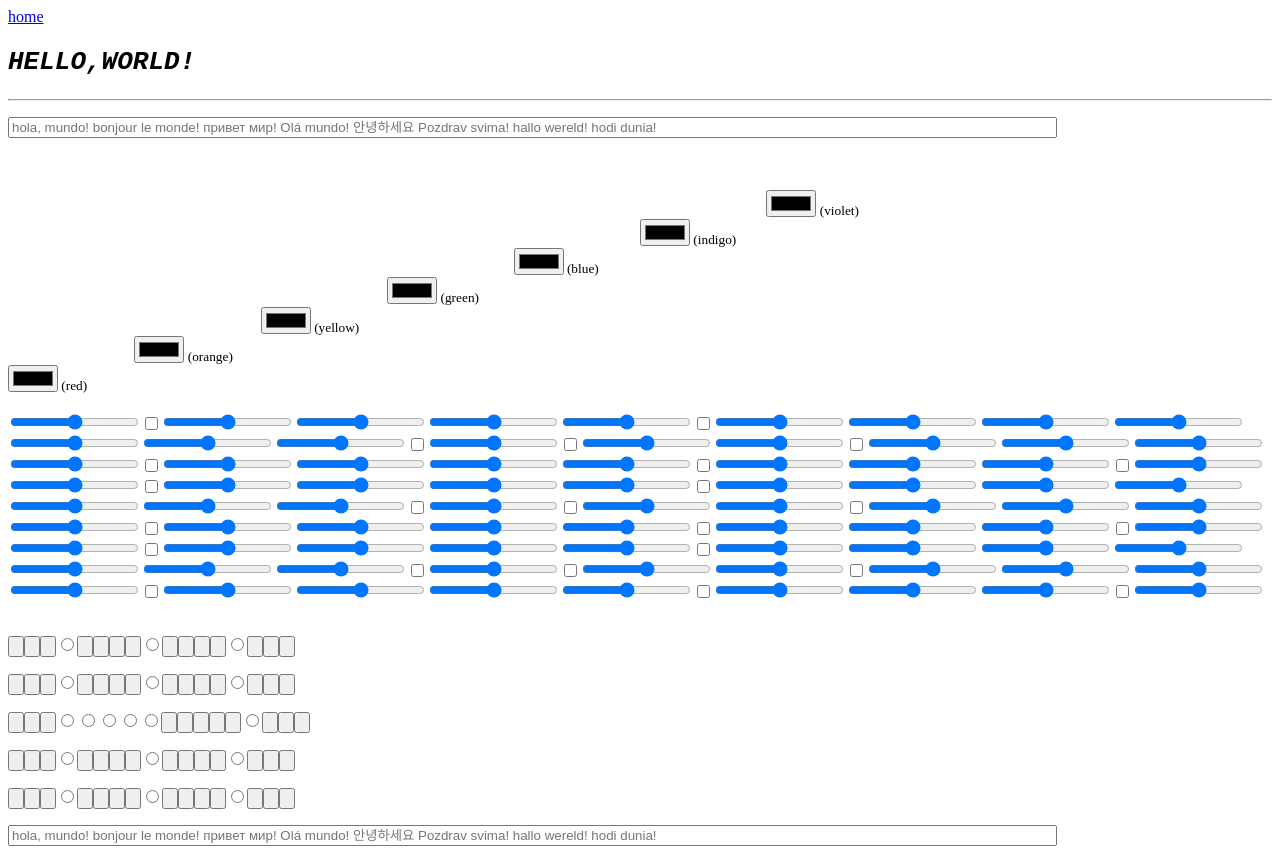
Repository: kklasmei/kklasmei.github.io
Page: proj1/helloworld.html
The author's editor kept a record of every edit. The page is drawn from the files as they stood at one moment, then again after the next edit.
The browser window is 1280 px wide. The pictures show the whole page.

Above is the page before.

### proj1/helloworld.html
<html>
    <head>
        <title>Hello World</title>
        <a href="index.html">home</a>
    </head>
    <body>
        <h1><code><em>HELLO,WORLD!</em></code></h1>
        <hr>
        <p><input type="text" size= 128px placeholder= "hola, mundo! bonjour le monde! привет мир! Olá mundo! 안녕하세요 Pozdrav svima! hallo wereld! hodi dunia!"></p>
        <br>
        <br>
                <div style="margin-left: 60%"><input type="color"><sub> (violet)</sub></div>
                <div style="margin-left: 50%"><input type="color"><sub> (indigo)</sub></div>
                <div style="margin-left: 40%"><input type="color"><sub> (blue)</sub></div>
                <div style="margin-left: 30%"><input type="color"><sub> (green)</sub></div>
                <div style="margin-left: 20%"><input type="color"><sub> (yellow)</sub></div>
                <div style="margin-left: 10%"><input type="color"><sub> (orange)</sub></div>
                <div style="margin-left: 0%"><input type="color"><sub> (red)</sub></div>
        <br>
                <div style="inline"><input type="range"><input type="checkbox"><input type="range"><input type="range"><input type="range"><input type="range"><input type="checkbox"><input type="range"><input type="range"><input type="range"><input type="range"><input type="range"><input type="range"><input type="range"><input type="checkbox"><input type="range"><input type="checkbox"><input type="range"><input type="range"><input type="checkbox"><input type="range"><input type="range"><input type="range"><input type="range"><input type="checkbox"><input type="range"><input type="range"><input type="range"><input type="range"><input type="checkbox"><input type="range"><input type="range"><input type="range"><input type="checkbox"><input type="range"><input type="range"><input type="checkbox"><input type="range"><input type="range"><input type="range"><input type="range"><input type="checkbox"><input type="range"><input type="range"><input type="range"><input type="range"><input type="range"><input type="range"><input type="range"><input type="checkbox"><input type="range"><input type="checkbox"><input type="range"><input type="range"><input type="checkbox"><input type="range"><input type="range"><input type="range"><input type="range"><input type="checkbox"><input type="range"><input type="range"><input type="range"><input type="range"><input type="checkbox"><input type="range"><input type="range"><input type="range"><input type="checkbox"><input type="range"><input type="range"><input type="checkbox"><input type="range"><input type="range"><input type="range"><input type="range"><input type="checkbox"><input type="range"><input type="range"><input type="range"><input type="range"><input type="range"><input type="range"><input type="range"><input type="checkbox"><input type="range"><input type="checkbox"><input type="range"><input type="range"><input type="checkbox"><input type="range"><input type="range"><input type="range"><input type="range"><input type="checkbox"><input type="range"><input type="range"><input type="range"><input type="range"><input type="checkbox"><input type="range"><input type="range"><input type="range"><input type="checkbox"><input type="range"></div>
        <br>
        <p style="inline"><input type="button"><input type="button"><input type="button"><input type="radio"><input type="button"><input type="button"><input type="button"><input type="button"><input type="radio"><input type="button"><input type="button"><input type="button"><input type="button"><input type="radio"><input type="button"><input type="button"><input type="button"></p>
        <p style="inline"><input type="button"><input type="button"><input type="button"><input type="radio"><input type="button"><input type="button"><input type="button"><input type="button"><input type="radio"><input type="button"><input type="button"><input type="button"><input type="button"><input type="radio"><input type="button"><input type="button"><input type="button"></p>
        <p style="inline"><input type="button"><input type="button"><input type="button"><input type="radio"><input type="radio"><input type="radio"><input type="radio"><input type="radio"><input type="button"><input type="button"><input type="button"><input type="button"><input type="button"><input type="radio"><input type="button"><input type="button"><input type="button"></p>
        <p style="inline"><input type="button"><input type="button"><input type="button"><input type="radio"><input type="button"><input type="button"><input type="button"><input type="button"><input type="radio"><input type="button"><input type="button"><input type="button"><input type="button"><input type="radio"><input type="button"><input type="button"><input type="button"></p>
        <p style="inline"><input type="button"><input type="button"><input type="button"><input type="radio"><input type="button"><input type="button"><input type="button"><input type="button"><input type="radio"><input type="button"><input type="button"><input type="button"><input type="button"><input type="radio"><input type="button"><input type="button"><input type="button"></p>
        <p><input type="text" size= 128px placeholder= "hola, mundo! bonjour le monde! привет мир! Olá mundo! 안녕하세요 Pozdrav svima! hallo wereld! hodi dunia!"></p>


    </body>
</html>

After the next edit:
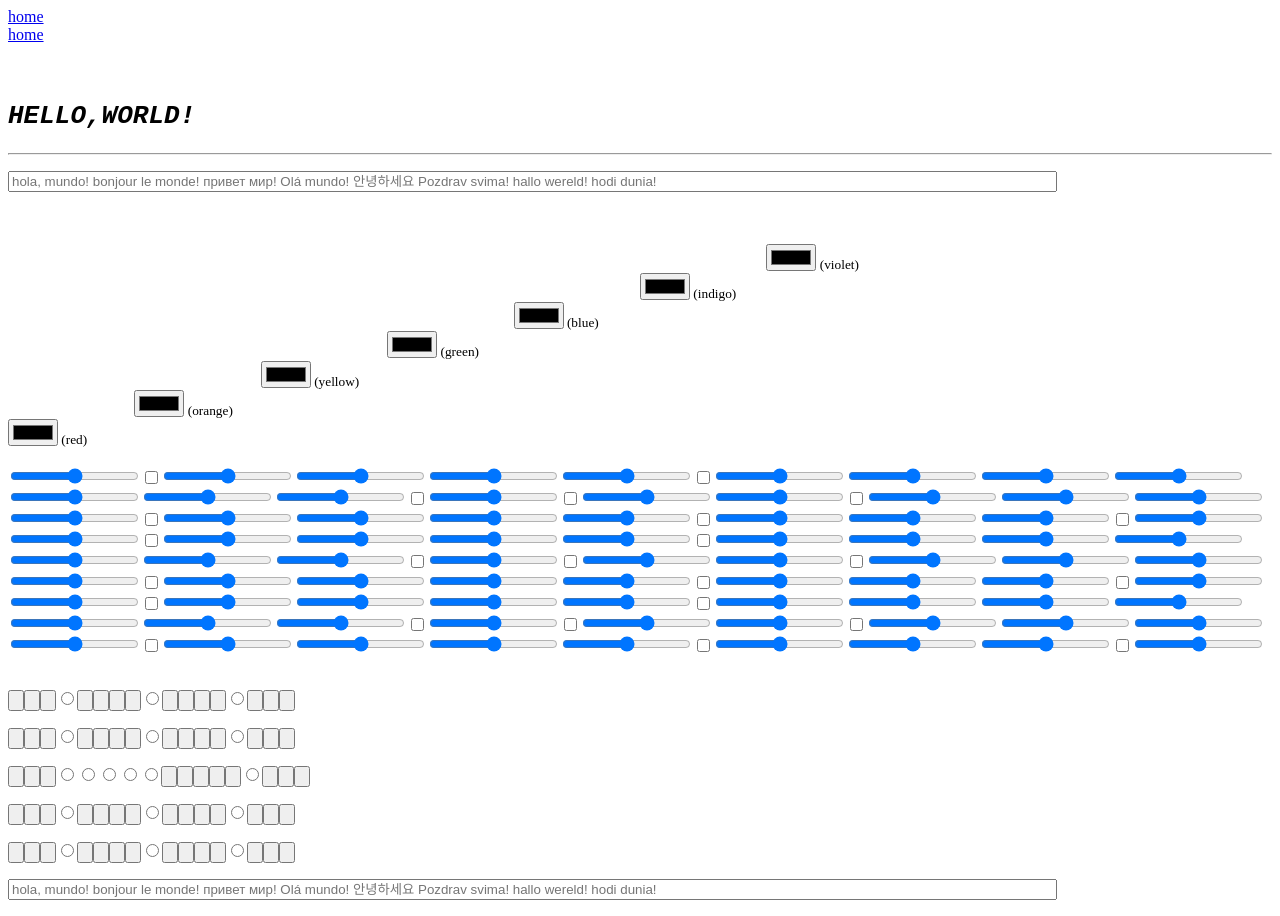
The edit:
--- a/proj1/helloworld.html
+++ b/proj1/helloworld.html
@@ -4,6 +4,9 @@
         <a href="index.html">home</a>
     </head>
     <body>
+        <div><a href="index.html">home</a></div>
+        <br>
+        <br>
         <h1><code><em>HELLO,WORLD!</em></code></h1>
         <hr>
         <p><input type="text" size= 128px placeholder= "hola, mundo! bonjour le monde! привет мир! Olá mundo! 안녕하세요 Pozdrav svima! hallo wereld! hodi dunia!"></p>
